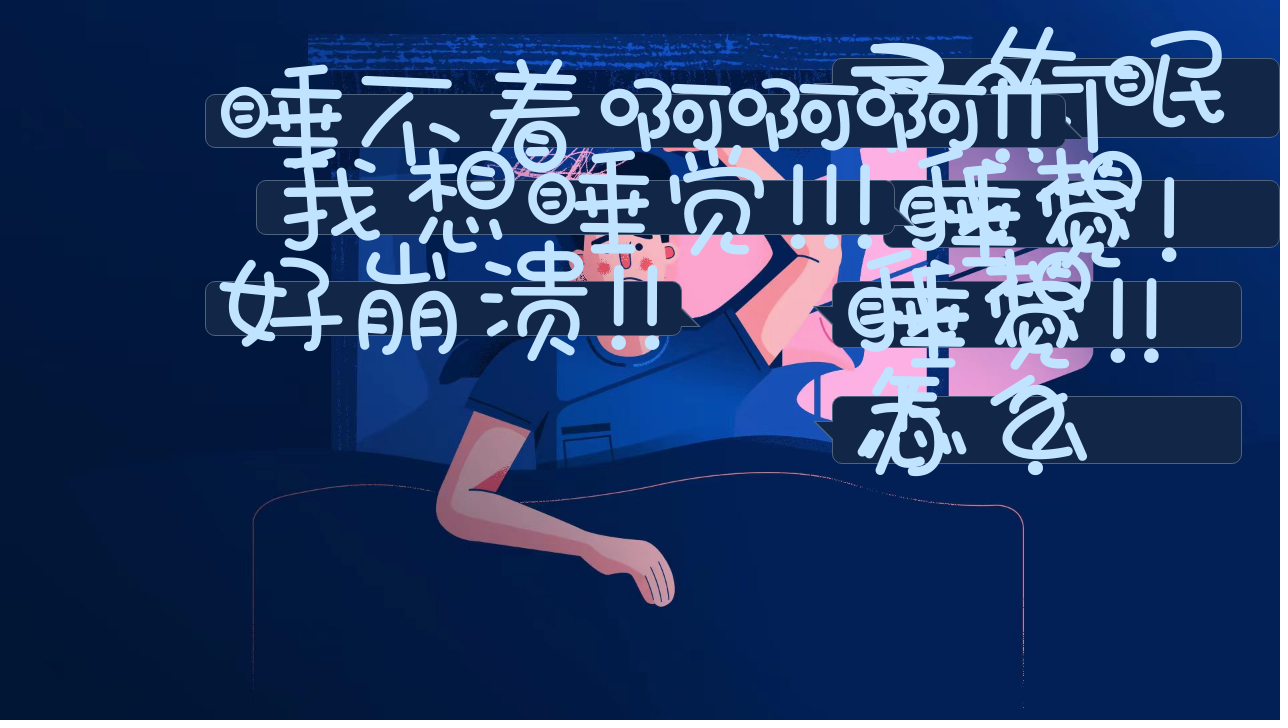
Repository: chjyume/zhongyi
Page: index2.html
These files come from the project's save history. The page is drawn as it stood at one moment and after the next save; the edit follows.
The browser window is 1280 px wide. The page is 1288 px wide, so the pictures cover 1288 px, including what lies to the right of the window. The pictures show the whole page.

Above is the page before, as saved 2023-08-29 22:49:07.

After the next save:
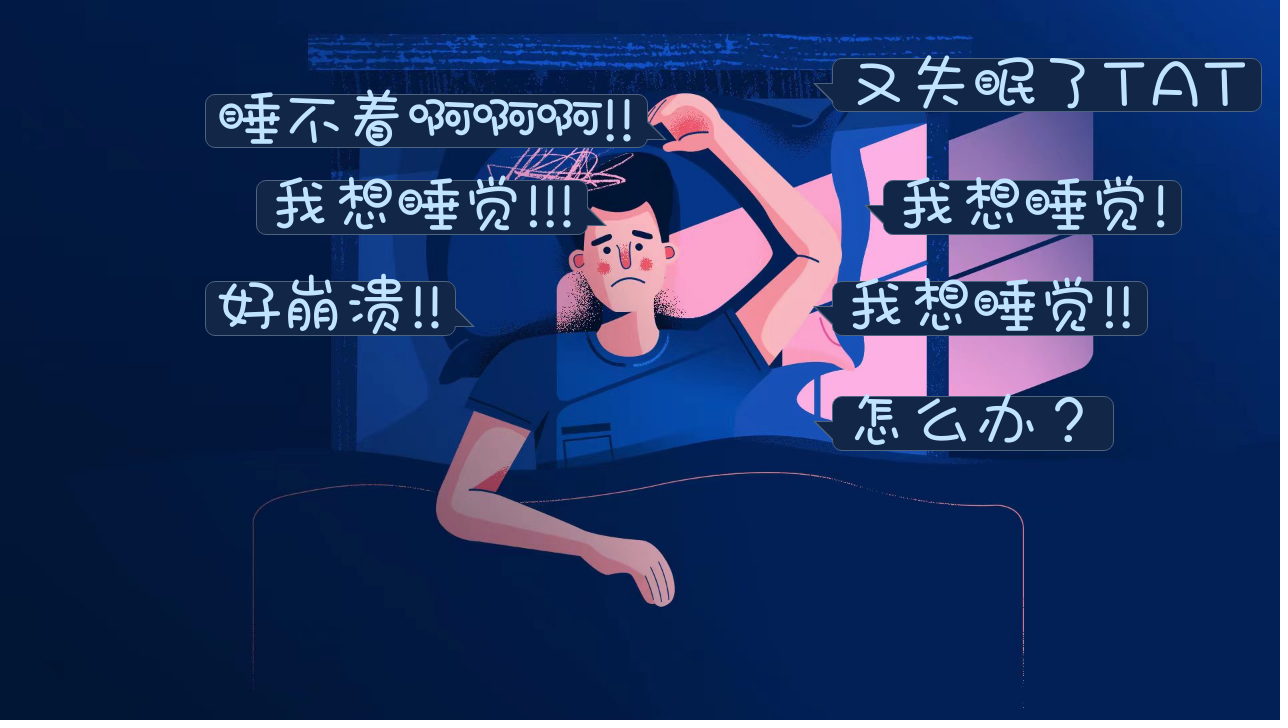
Saved 8 s later.
--- a/css/index2.css
+++ b/css/index2.css
@@ -2,7 +2,7 @@
   display: inline-block;
   height: 5vh;
   font-family: HYLeMiaoTi;
-  font-size: 10vw;
+  font-size: 5vw;
   line-height: 1vw;
 }
 .bubble1 {
